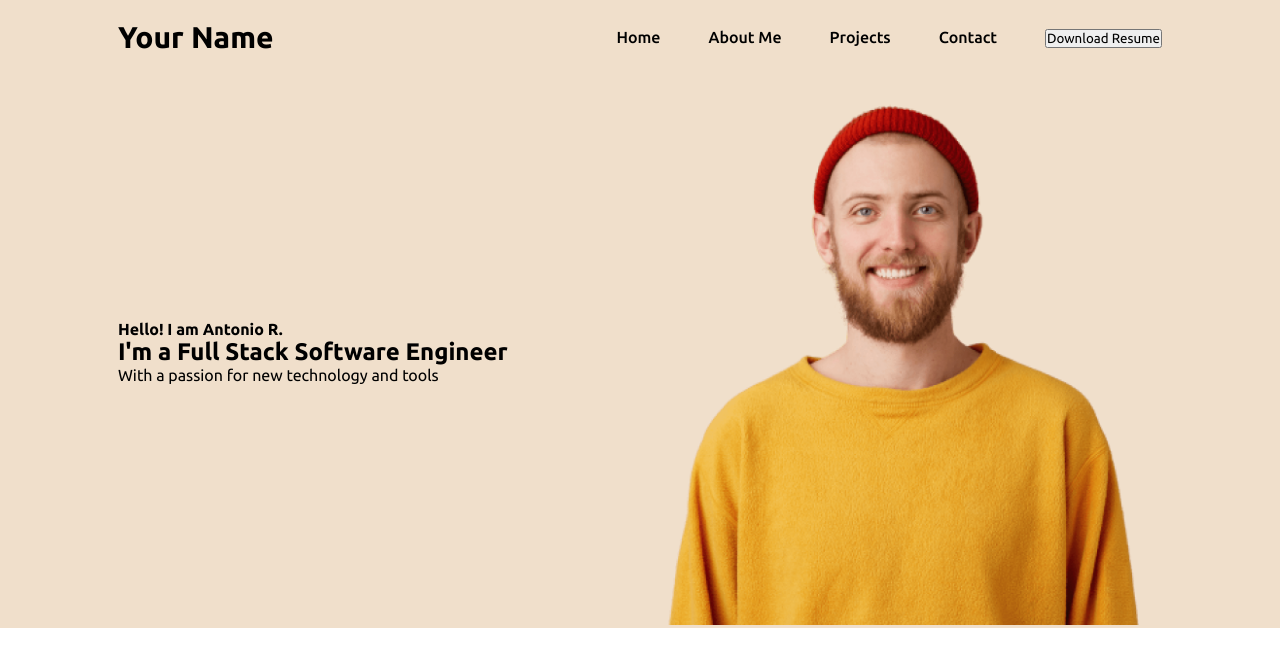
Repository: DevAntonioRogers/vanilla-portfolio
Page: index.html
These files come from the project's save history. The page is drawn as it stood at one moment and after the next save; the edit follows.
The browser window is 1280 px wide. The pictures show the whole page.

Above is the page before, as saved 2023-07-14 16:29:39.

After the next save:
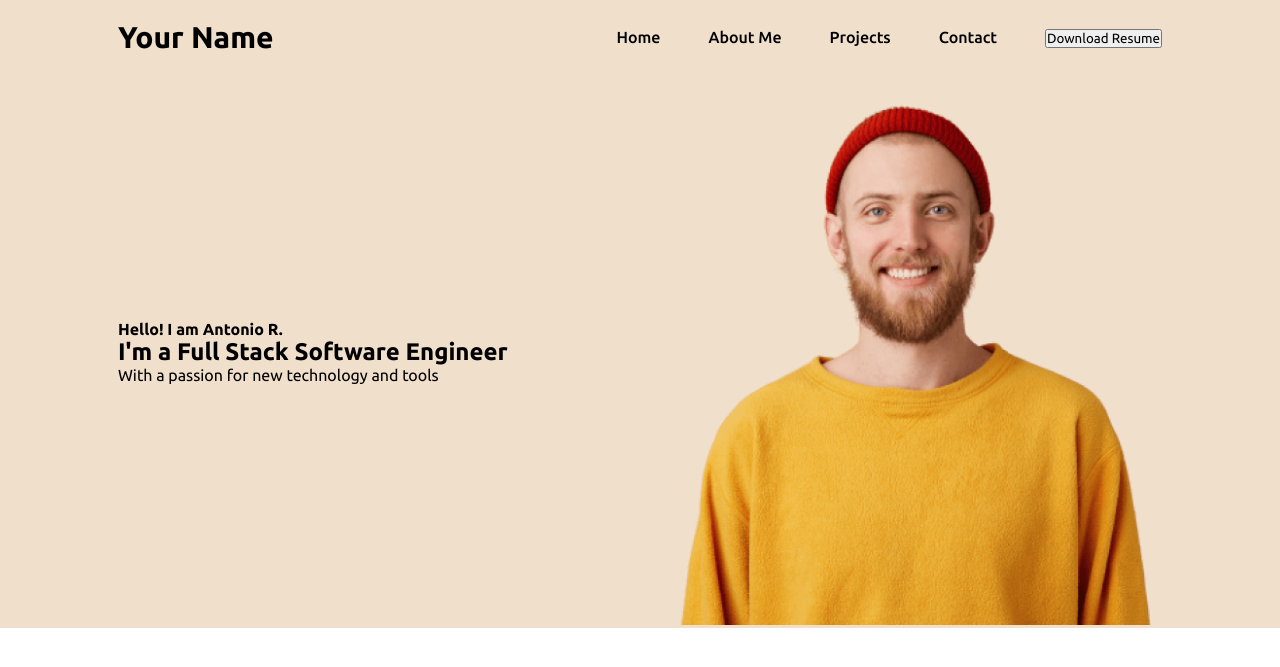
Saved 41 s later.
--- a/style.css
+++ b/style.css
@@ -57,7 +57,7 @@ nav {
   display: grid;
   grid-template-columns: repeat(2, minmax(0, 1fr));
   align-items: center;
-  gap: ;
+  gap: 1.5rem;
 }
 
 .hero-container img {
